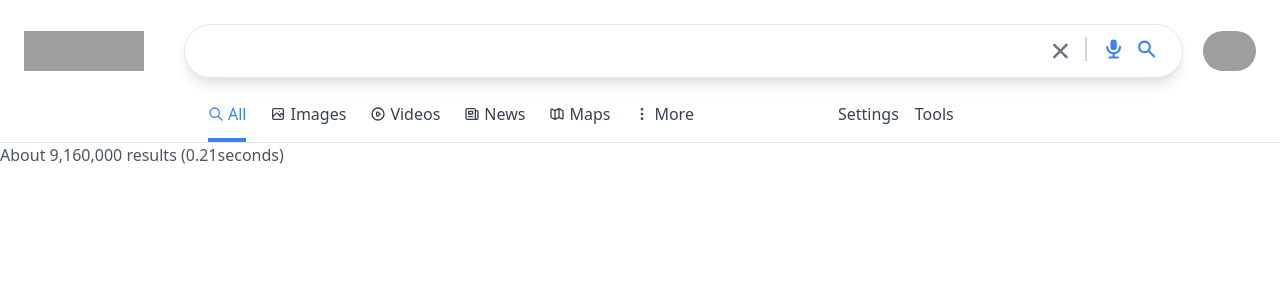
Repository: DecentraMindsCoin/google-search-clone
Page: /search
The author's editor kept a copy of each file at every save. The page is drawn from the files as they stood at one save, then again after a run of saves.
The browser window is 1280 px wide. The pictures show the whole page.
Pictures or frames that could not be fetched are drawn as grey boxes. The project was rebuilt for these pictures with package versions that can differ from the ones it lists, and the page was loaded fresh each time. The framework's server and built-in components were replaced by stand-ins that run in the browser. Also part of the build but not shown: next.config.js, Response.js.

Above is the page before, as saved 2021-05-17 17:32:34.

After the next 2 saves:
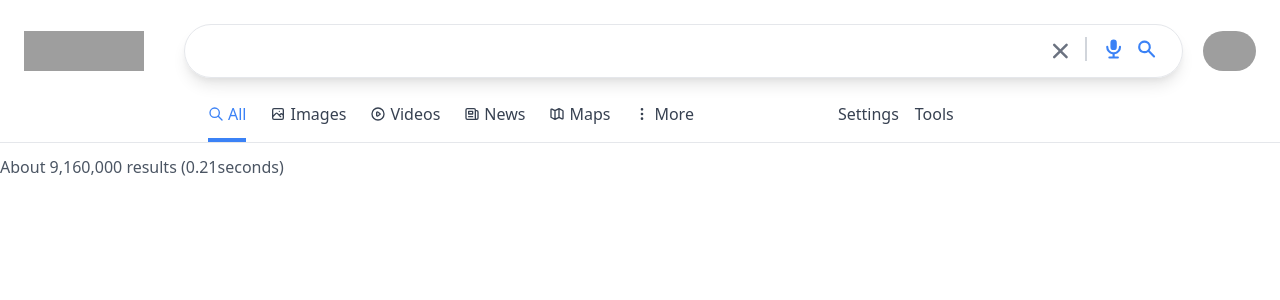
The 2 saves are shown as one change because they came seconds apart.
The last was saved 7 s later.
--- a/components/SearchResults.js
+++ b/components/SearchResults.js
@@ -1,7 +1,7 @@
 function SearchResults({ results}) {
     return (
         <div>
-            <p className="text-gray-600 text-md mb-5 ">About {results.searchInformation?.formattedTotalResults} results ({results.searchInformation?.formattedSearchTime}seconds) </p>
+            <p className="text-gray-600 text-md mb-5 mt-3">About {results.searchInformation?.formattedTotalResults} results ({results.searchInformation?.formattedSearchTime}seconds) </p>
         </div>
     )
 }
